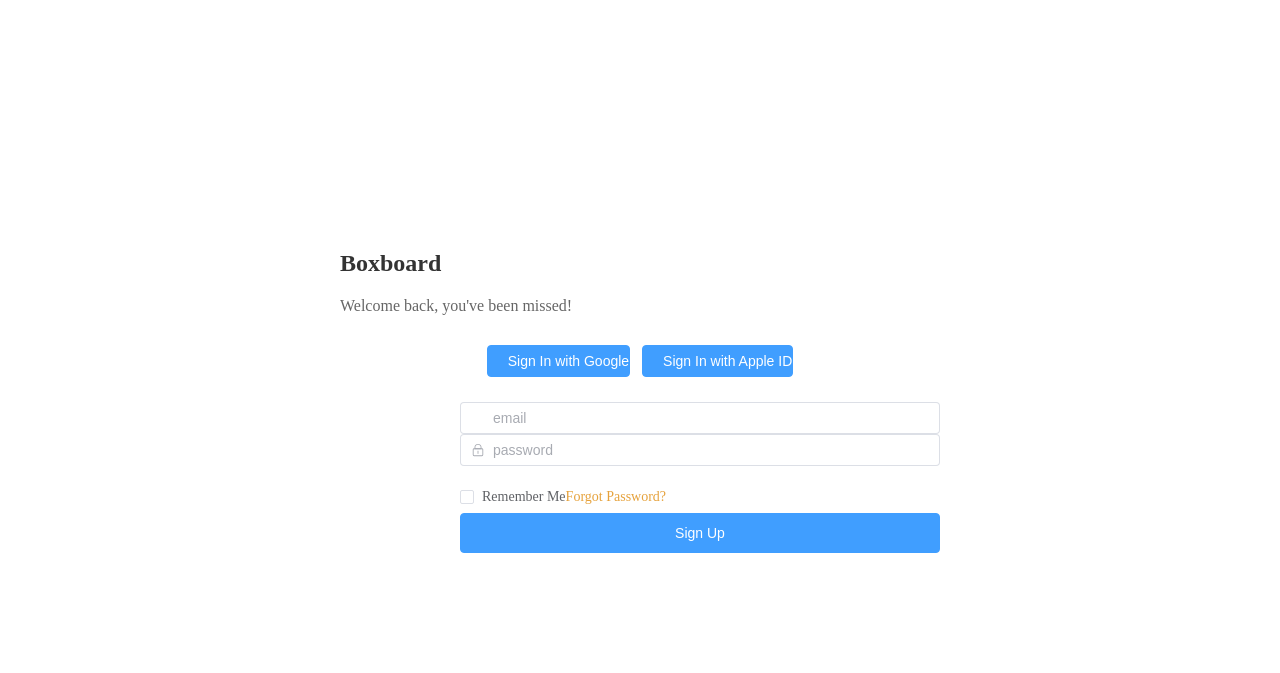
Repository: secret47/test-office-demo
Page: /
An editor plug-in stored every save of this project. The page is shown before and after a run of saves, followed by the edit.
The browser window is 1280 px wide. The pictures show the whole page.
The project was rebuilt for these pictures with package versions that can differ from the ones it lists, and the page was loaded fresh each time. Also part of the build but not shown: vite.config.js.

Above is the page before, as saved 2024-10-28 14:04:07.

### src/main.js
import { createApp } from 'vue'
import '@/style/main.scss'
import App from './App.vue'
import router from './router'

import lang from "./local"


import ElementPlus from "element-plus";
import 'element-plus/dist/index.css'
import * as ElementPlusIconsVue from '@element-plus/icons-vue'

const app = createApp(App);

for (const [key, component] of Object.entries(ElementPlusIconsVue)) {
    app.component(key, component)
}

app.use(lang)
app.use(ElementPlus)
app.use(router)
app.mount('#app')

### src/style/main.scss
* {
    padding: 0;
    margin: 0;
}

html,
body {
    width: 100%;
    height: 100%;
    background: #ffffff;
}

#app {
    width: 100%;
    height: 100%;
}

### src/router/index.js
import { createRouter, createWebHistory } from 'vue-router'


const routes = [
    {
        path: '/',
        name: 'Login',
        component: () => import('@/views/login.vue'),
    },
    // 其他路由...
]

const router = createRouter({
    history: createWebHistory(),
    routes
})

export default router

### src/local/index.js
import { createI18n } from "vue-i18n";

import message from "./language"
const i18n = createI18n({
    locale: "zh",
    fallbackLocale: "zh",
    messages: message
})

export default i18n;

### src/views/login.vue
<template>
    <div class="login">
      <div class="header">
        <div class="logo"></div>
        <div class="language"></div>
      </div>
      <div class="loginBox">
        <h2>Boxboard</h2>
        <p>Welcome back, you've been missed!</p>
        <div class="social-login">
          <el-button type="primary" icon="el-icon-google">Sign In with Google</el-button>
          <el-button type="primary" icon="el-icon-apple">Sign In with Apple ID</el-button>
        </div>
        <el-form :model="userInfo" label-width="120px">
          <el-form-item>
            <el-input v-model="userInfo.email" :placeholder="t('email')" prefix-icon="mail" />
          </el-form-item>
          <el-form-item>
            <el-input v-model="userInfo.password" :placeholder="t('password')" type="password" show-password prefix-icon="lock" />
          </el-form-item>
          <el-form-item>
            <div class="remember-section">
              <el-checkbox v-model="userInfo.rememberMe">Remember Me</el-checkbox>
              <el-link @click="forgotPassword" right type="warning" :underline="false">Forgot Password?</el-link>
            </div>
          </el-form-item>
          <el-form-item>
            <el-button type="primary" long class="logBtn">Sign Up</el-button>
          </el-form-item>
        </el-form>
      </div>
    </div>
  </template>

  <script setup>
  import { reactive, ref } from 'vue';
  const userInfo = reactive({
    email: '',
    password: '',
    rememberMe: false
  });
  const t = (key) => {
    // 这里可以根据你的国际化需求实现 t 函数，返回对应的翻译文本
    return key;
  };
  const forgotPassword = () => {
    // 实现忘记密码的逻辑
  };
  </script>

  <style lang="scss" scoped>
  .header {
    width: 100%;
    height: 80px;
    background: #ffffff;
  }

  .loginBox {
    width: 600px;
    margin: 150px auto 0;
    padding: 20px;

    h2 {
      font-size: 24px;
      color: #333;
      margin-bottom: 20px;
    }

    p {
      font-size: 16px;
      color: #666;
      margin-bottom: 30px;
    }

   .social-login {
      display: flex;
      justify-content: center;
      margin-bottom: 25px;
    }

   .remember-section {
      display: flex;
      align-items: center;
      margin-top: 15px;
    }

   .logBtn {
      width: 100%;
      height: 40px;
    }

    // 使用 ::v-deep 来穿透 scoped 作用域
    ::v-deep.el-input__inner {
      height: 45px;
      width: 100%;
    }
  }
  </style>

### src/local/language/index.js
import zh from "./zh"
import en from "./en"

export default {
    ...en,
    ...zh
}

### src/local/language/zh.js
export default{
    zh:{
        title:"后台管理系统",
        login:"登录",
        username:"用户名",
        password:"密码",
        remember:"记住密码",
        forget:"忘记密码",
    }
}

### src/local/language/en.js
export default{
    en:{
        title:"system management"
    }
}

Loaded but not shown: index.html (common file); src/App.vue (common file)

After the next 2 saves:
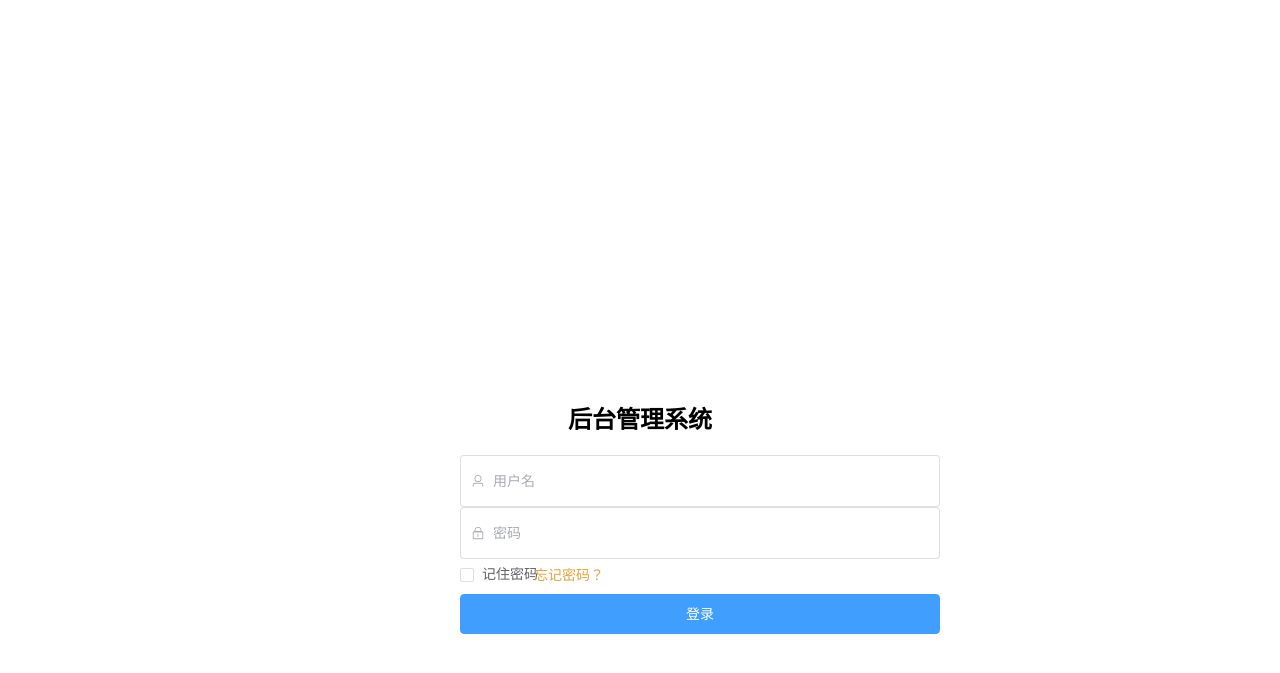
The 2 saves are shown as one change because they came seconds apart.
The last was saved 14 s later.
--- a/src/views/login.vue
+++ b/src/views/login.vue
@@ -1,98 +1,82 @@
 <template>
     <div class="login">
-      <div class="header">
-        <div class="logo"></div>
-        <div class="language"></div>
-      </div>
-      <div class="loginBox">
-        <h2>Boxboard</h2>
-        <p>Welcome back, you've been missed!</p>
-        <div class="social-login">
-          <el-button type="primary" icon="el-icon-google">Sign In with Google</el-button>
-          <el-button type="primary" icon="el-icon-apple">Sign In with Apple ID</el-button>
+        <div class="header">
+            <div class="logo"></div>
+            <div class="language"></div>
         </div>
-        <el-form :model="userInfo" label-width="120px">
-          <el-form-item>
-            <el-input v-model="userInfo.email" :placeholder="t('email')" prefix-icon="mail" />
-          </el-form-item>
-          <el-form-item>
-            <el-input v-model="userInfo.password" :placeholder="t('password')" type="password" show-password prefix-icon="lock" />
-          </el-form-item>
-          <el-form-item>
-            <div class="remember-section">
-              <el-checkbox v-model="userInfo.rememberMe">Remember Me</el-checkbox>
-              <el-link @click="forgotPassword" right type="warning" :underline="false">Forgot Password?</el-link>
+        <div class="loginBox">
+            <div class="title">
+                {{ $t('title') }}
             </div>
-          </el-form-item>
-          <el-form-item>
-            <el-button type="primary" long class="logBtn">Sign Up</el-button>
-          </el-form-item>
-        </el-form>
-      </div>
+            <el-form :model="userInfo" label-width="120px">
+                <el-form-item>
+                    <el-input v-model="userInfo.username" :placeholder="$t('username')" prefix-icon="user" />
+                </el-form-item>
+                <el-form-item>
+                    <el-input v-model="userInfo.password" :placeholder="$t('password')" type="password" show-password
+                        prefix-icon="lock" />
+                </el-form-item>
+                <el-form-item>
+                    <div class="forget">
+                        <div><el-checkbox>记住密码</el-checkbox></div>
+                        <div><el-link right type="warning" :underline="false">忘记密码？</el-link></div>
+                    </div>
+                </el-form-item>
+                <el-form-item>
+                    <el-button type="primary" long class="logBtn">{{ $t('login') }}</el-button>
+                </el-form-item>
+            </el-form>
+        </div>
     </div>
-  </template>
-
-  <script setup>
-  import { reactive, ref } from 'vue';
-  const userInfo = reactive({
-    email: '',
-    password: '',
-    rememberMe: false
-  });
-  const t = (key) => {
-    // 这里可以根据你的国际化需求实现 t 函数，返回对应的翻译文本
-    return key;
-  };
-  const forgotPassword = () => {
-    // 实现忘记密码的逻辑
-  };
-  </script>
-
-  <style lang="scss" scoped>
-  .header {
+</template>
+<script setup>
+import { reactive, ref } from 'vue'
+const userInfo = reactive({
+    username: "",
+    password: ""
+})
+</script>
+<style lang="scss" scoped>
+.header {
     width: 100%;
     height: 80px;
     background: #ffffff;
-  }
+}
 
-  .loginBox {
+.loginBox {
     width: 600px;
-    margin: 150px auto 0;
+    /* 调整为更合理的宽度 */
+    margin: 300px auto 0;
     padding: 20px;
 
-    h2 {
-      font-size: 24px;
-      color: #333;
-      margin-bottom: 20px;
+    .title {
+        font-size: 24px;
+        font-weight: 700;
+        text-align: center;
+        margin-bottom: 20px;
     }
 
-    p {
-      font-size: 16px;
-      color: #666;
-      margin-bottom: 30px;
+
+    .forget{
+        display: flex;
+        div{
+            width:50%;
+            flex:1;
+        }
     }
 
-   .social-login {
-      display: flex;
-      justify-content: center;
-      margin-bottom: 25px;
+    .logBtn {
+        width: 100%;
+        height: 40px;
     }
+}
 
-   .remember-section {
-      display: flex;
-      align-items: center;
-      margin-top: 15px;
-    }
+/* 使用 ::v-deep 来穿透 scoped 作用域 */
+.loginBox ::v-deep .el-input__inner {
+    height: 50px;
+    /* 调整为更合理的高度 */
+    width: 100%;
+    /* 宽度设置为100%，填满父容器 */
 
-   .logBtn {
-      width: 100%;
-      height: 40px;
-    }
-
-    // 使用 ::v-deep 来穿透 scoped 作用域
-    ::v-deep.el-input__inner {
-      height: 45px;
-      width: 100%;
-    }
-  }
-  </style>
+}
+</style>
